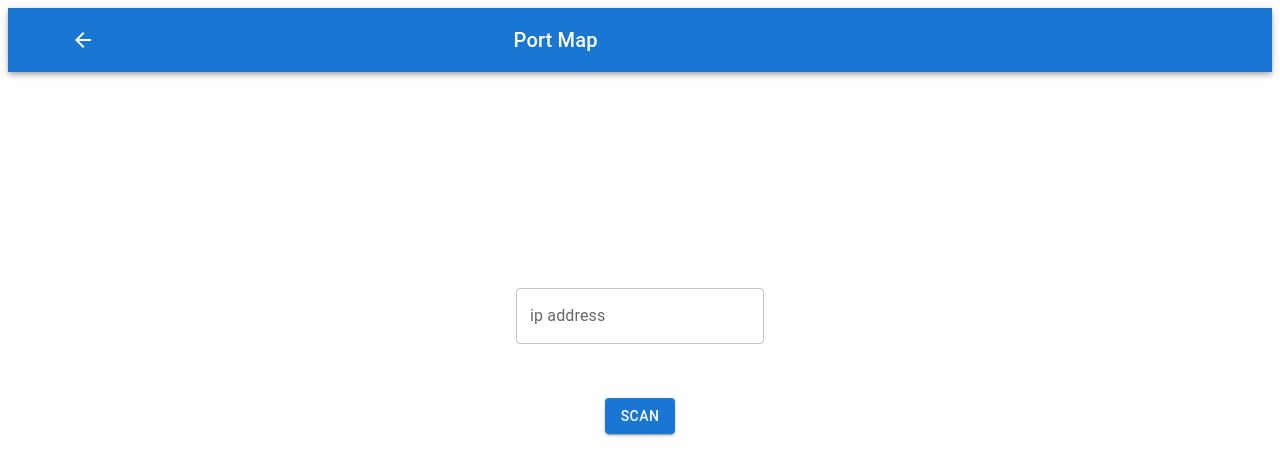
Repository: shamu332/PortMap
Page: / (app in src/main/ui/)
These files come from the project's save history. The page is drawn as it stood at one moment and after the next save; the edit follows.
The browser window is 1280 px wide. The pictures show the whole page.
The project was rebuilt for these pictures with package versions that can differ from the ones it lists, and the page was loaded fresh each time.

Above is the page before, as saved 2022-12-14 21:01:33.

After the next save:
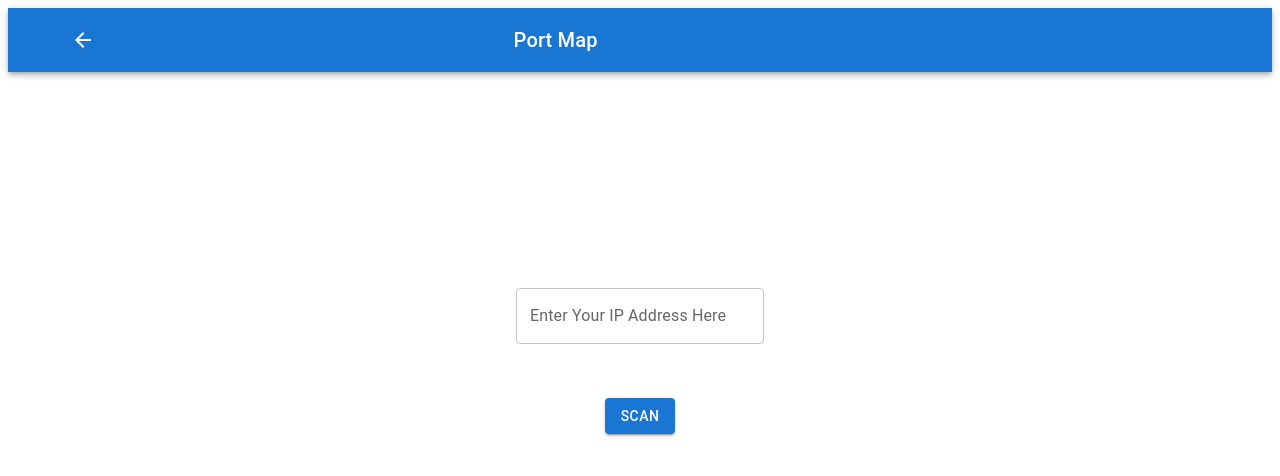
Saved 69 s later.
--- a/src/main/ui/src/pages/Scanner.js
+++ b/src/main/ui/src/pages/Scanner.js
@@ -44,7 +44,7 @@ function Scanner() {
           >
             <TextField
               id="outlined-basic"
-              label="ip address"
+              label="Enter Your IP Address Here"
               variant="outlined"
             />
           </div>
